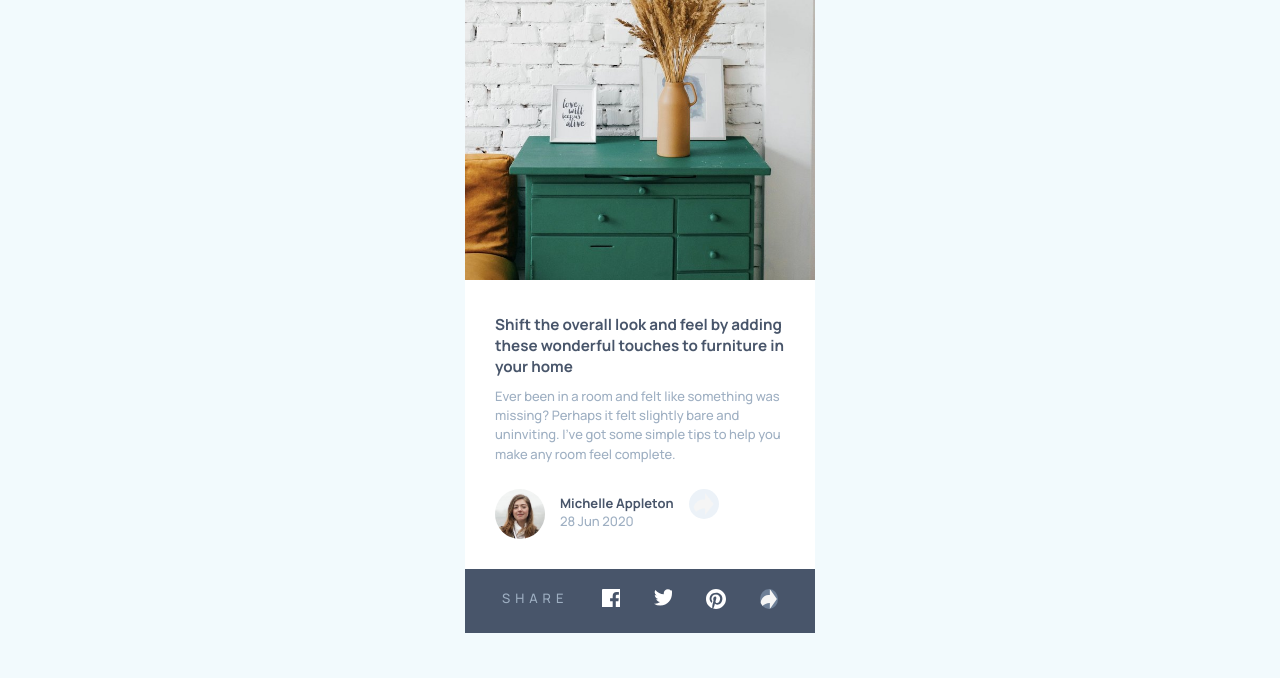
Repository: ellenliao95/frontend-mentor-solution
Page: article-preview-component-master/index.html
The author's editor kept a copy of each file at every save. The page is drawn from the files as they stood at one save, then again after the next save.
The browser window is 1280 px wide. The pictures show the whole page.

Above is the page before, as saved 2023-03-20 10:15:16.

After the next save:
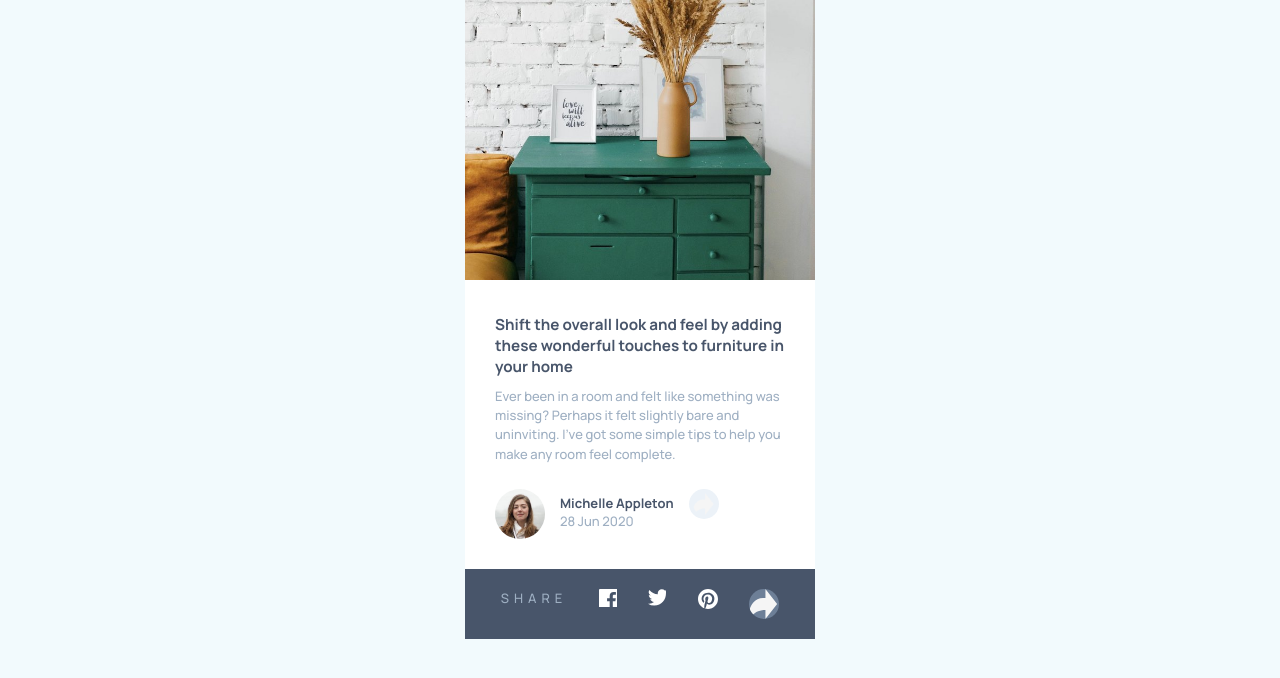
Saved 14 min 54 s later.
--- a/article-preview-component-master/index.css
+++ b/article-preview-component-master/index.css
@@ -69,8 +69,8 @@
     fill: hsl(214, 17%, 51%);
 }
 .share-icon{
- width: 18px;
- height: 20px;
+ width: 30px;
+ height: 30px;
  background: hsl(214, 17%, 51%);
  border-radius: 50%;
  /*
